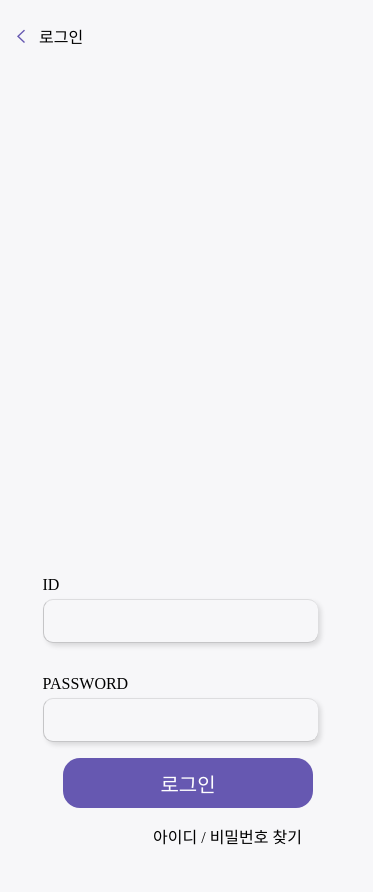
Repository: PEPI-dev/UI
Page: login/login.html
The author's editor kept a copy of each file at every save. The page is drawn from the files as they stood at one save, then again after a run of saves.
The browser window is 360 px wide. The page is 373 px wide, so the pictures cover 373 px, including what lies to the right of the window. The pictures show the whole page.
Some web fonts or font styles are not loaded; a fallback is used.

Above is the page before, as saved 2023-12-05 00:51:20.

### login/login.html
<!DOCTYPE html>
<html lang="en">
<head>
    <meta charset="UTF-8">
    <meta name="viewport" content="width=device-width, initial-scale=1.0">
    <title>Login</title>
    <link rel="stylesheet" href="./login.css">
    <link rel ="stylesheet" type="text/css" href="../a_XEIcon-2.2.0/xeicon.min.css">
</head>
<body>

    <div id="div_back"><i class="xi-angle-left" id="back"></i><p id="txt_login">로그인</p></div>

    <form action="#">
        <p class="input_form"><label for="ID" class="txt_input">ID</label><input class="field" id="ID" type="text"></input></p>
        <p class="input_form"><label for="password" class="txt_input">PASSWORD</label><input class="field" id="password" type="password" ></input></p>
        <button id="login">로그인</button>
        <p id="find_id">아이디 / 비밀번호 찾기</p>
    </form>

</body>
</html>

### login/login.css
@font-face {
    font-family: 'main_font';
    src: url(../a_font/NotoSansKR-VariableFont_wght.ttf);
    font-weight: 500;
}

@font-face {
    font-family: 'sub_font';
    src: url(../a_font/SEBANG/SEBANG\ Gothic.ttf);
}

/* 바디 */
body {
    width: 100%;
    background-color: #F7F7F9;
    display: flex;
    flex-direction: column;
    align-items: center;
}

/* 뒤로가기 버튼 */
.xi-angle-left {
    color: #6658B1;
}

#txt_login {
    font-family: 'main_font';
}

#div_back {
    display: flex;
    align-items: center;
    margin-bottom: 10px;
}

#back {
    border: none;
    background: none;
    cursor: pointer;
    margin-right: 10px;
}

/* 입력폼 */

.input_form {
    display: flex;
    flex-direction: column;
    align-items: flex-start;
}

.txt_input {
    margin-bottom: 5px;
}

#login {
    background-color: #6658B1;
    color: white;
    border: 1px solid #E1E1E1;
    font-family: 'main_font';
    font-size: 20px;
    font-weight: 500;
    border-radius: 17px;
    border: 0px;
    width: 277px;
    height: 50px;
}

.field {
    width: 270px;
    height: 40px;
    border-radius: 10px;
    box-shadow: 3px 3px 5px rgba(0, 0, 0, 0.12);
    background-color: #F7F7F9;
    border-width: 0;
    outline: none;
    border: none;
    border-top: 0.2px solid rgba(0, 0, 0, 0.1);
    border-left: 0.5px solid rgba(0, 0, 0, 0.2);
    border-bottom: 0.5px solid rgba(0, 0, 0, 0.2);
}

@media screen and (max-width: 360px) {

    /* 바디 */
    body {
        height: auto;
    }


    /* 뒤로가기 버튼 */
    #div_back {
    display: flex;
    align-items: center;
    justify-content: flex-start; /* Align to the left */
    margin-bottom: auto; /* Push to the bottom */
    margin-top: auto; /* Push to the top */
    width: 100%;
    padding-left: 10px;
    }



    /* 입력폼 */

    form {
        display: flex;
        flex-direction: column;
        align-items: center;
        justify-content: flex-end;
        height: 100vh;
        margin-bottom: 20px;
    }

    .input_form {
        display: flex;
        flex-direction: column;
        align-items: flex-start;
        width: 291px;

    }


    #login {
        width: 250px;
        height: 50px;

    }

    .txt_input {
        margin-bottom: 5px;
    }

    #find_id {
        font-family: 'main_font';
        margin-left: 79px;
    }
}

Loaded but not shown: a_XEIcon-2.2.0/xeicon.min.css (library)

After the next 2 saves:
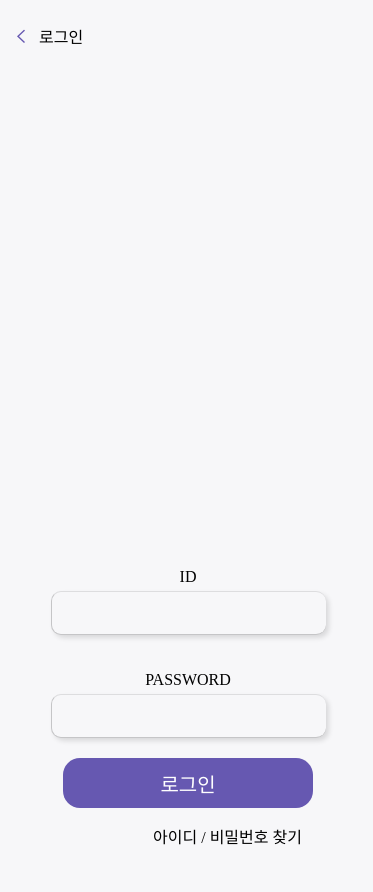
The 2 saves are shown as one change because they came seconds apart.
The last was saved 54 s later.
--- a/login/login.css
+++ b/login/login.css
@@ -101,37 +101,34 @@ body {
 
 
     /* 입력폼 */
+form {
+    display: flex;
+    flex-direction: column;
+    align-items: center;
+    justify-content: flex-end;
+    height: 100vh;
+    margin-bottom: 20px;
+}
 
-    form {
-        display: flex;
-        flex-direction: column;
-        align-items: center;
-        justify-content: flex-end;
-        height: 100vh;
-        margin-bottom: 20px;
-    }
+.input_form {
+    display: flex;
+    flex-direction: column;
+    align-items: center; /* Center horizontally */
+    width: 291px;
+    margin-bottom: 20px; /* Optional: add some margin between elements */
+}
 
-    .input_form {
-        display: flex;
-        flex-direction: column;
-        align-items: flex-start;
-        width: 291px;
+#login {
+    width: 250px;
+    height: 50px;
+}
 
-    }
+.txt_input {
+    margin-bottom: 5px;
+}
 
-
-    #login {
-        width: 250px;
-        height: 50px;
-
-    }
-
-    .txt_input {
-        margin-bottom: 5px;
-    }
-
-    #find_id {
-        font-family: 'main_font';
-        margin-left: 79px;
-    }
+#find_id {
+    font-family: 'main_font';
+    margin-left: 79px;
 }
+}
